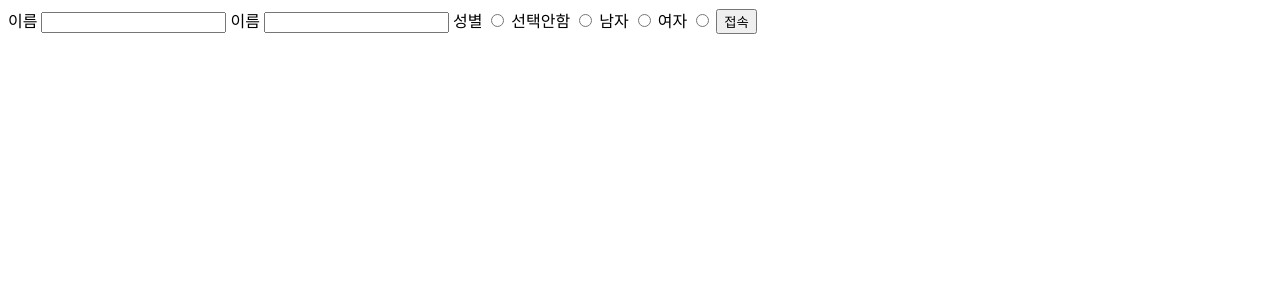
Repository: HwangEojin/homework
Page: http://localhost/day02_task/
The author's editor kept a copy of each file at every save. The page is drawn from the files as they stood at one save, then again after the next save.
The browser window is 1280 px wide. The pictures show the whole page.
The page is served by Tomcat 9.

Above is the page before, as saved 2025-01-14 02:18:30.

After the next save:
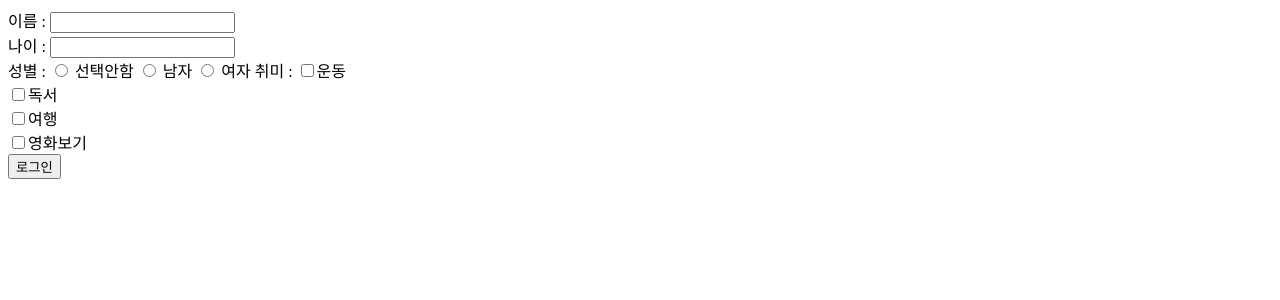
Saved 21 s later.
--- a/week09/day02_task/src/main/webapp/index.jsp
+++ b/week09/day02_task/src/main/webapp/index.jsp
@@ -1,5 +1,5 @@
 <%@ page language="java" contentType="text/html; charset=UTF-8"
-	pageEncoding="UTF-8"%>
+    pageEncoding="UTF-8"%>
 <!DOCTYPE html>
 <html>
 <head>
@@ -7,21 +7,29 @@
 <title>Insert title here</title>
 </head>
 <body>
+   <form action="resultServlet1" method="get">
+      <label for="name">이름 : </label>
+      <input type="text" id="name" name="name" required><br>
 
-	<form action="resultServlet1" method="get">
-		<label for="userName">이름</label>
-		<input type="text" name="userName"required>
-		<label for="userAge">이름</label> <input type="text" name="userAge" required>
-		<label for="userName">성별</label>
-		<input type="radio" name="gender" value="선택안함">
-		<label>선택안함</label>
-		<input type="radio" id="none"name="gender" value="선택안함">
-		<label>남자</label>
-		<input type="radio" id="male" name="gender" value="남자">
-		<label>여자 </label>
-		<input type="radio" id="female"name="gender" value="여자">
-		<button>접속</button>
-	</form>
+      <label for="age">나이 : </label>
+      <input type="number" id="age" name="age" required><br>
 
+      <label>성별 : </label>
+      <input type="radio" id="none" name="gender" value="선택안함">
+      <label for="none">선택안함</label>
+      <input type="radio" id="male" name="gender" value="남자">
+      <label for="male">남자</label>
+      <input type="radio" id="female" name="gender" value="여자">
+      <label for="female">여자</label>
+
+      <label>취미 : </label>
+      <input type="checkbox" name="hobby" value="운동">운동<br>
+      <input type="checkbox" name="hobby" value="독서">독서<br>
+      <input type="checkbox" name="hobby" value="여행">여행<br>
+      <input type="checkbox" name="hobby" value="영화보기">영화보기<br>
+
+
+      <button type="submit">로그인</button>
+   </form>
 </body>
 </html>
